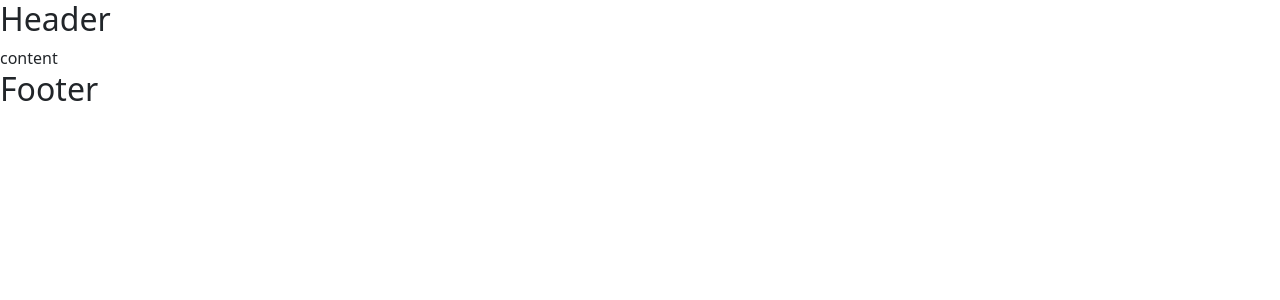
Repository: FS-23/php-getstarted
Page: http://localhost/index.php
An editor plug-in stored every save of this project. The page is shown before and after the next save, followed by the edit.
The browser window is 1280 px wide. The pictures show the whole page.
The page is run by PHP 8.4 with error messages shown; the project is at /var/www/html/.

Above is the page before, as saved 2022-05-27 14:44:27.

### demoAPP/index.php
<!DOCTYPE html>
<html lang="en">
<head>
    <meta charset="UTF-8">
    <meta http-equiv="X-UA-Compatible" content="IE=edge">
    <meta name="viewport" content="width=device-width, initial-scale=1.0">
    <title>Document</title>
    <link rel="stylesheet" href="https://cdn.jsdelivr.net/npm/bootstrap@5.1.3/dist/css/bootstrap.min.css">
</head>
<body>
     <?php require_once './layouts/header.php' ?>
     content
     <?php require_once './layouts/footer.php' ?>


     <script scr="https://cdn.jsdelivr.net/npm/bootstrap@5.1.3/dist/css/bootstrap.min.js"></script>
</body>
</html>

### demoAPP/layouts/header.php
<div>
    <h2>Header</h2>
</div>

### demoAPP/layouts/footer.php
<div>
    <h2>Footer</h2>
</div>

After the next save:
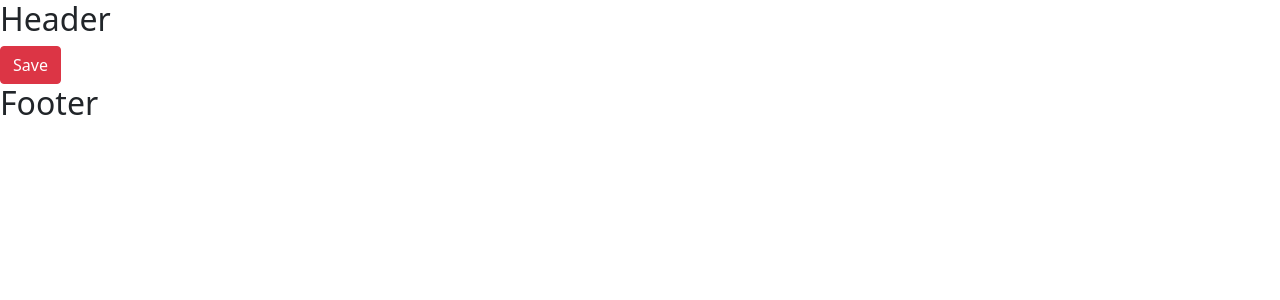
Saved 2 min 23 s later.
--- a/demoAPP/index.php
+++ b/demoAPP/index.php
@@ -9,7 +9,7 @@
 </head>
 <body>
      <?php require_once './layouts/header.php' ?>
-     content
+     <button class="btn btn-danger">Save</button>
      <?php require_once './layouts/footer.php' ?>
 
 
